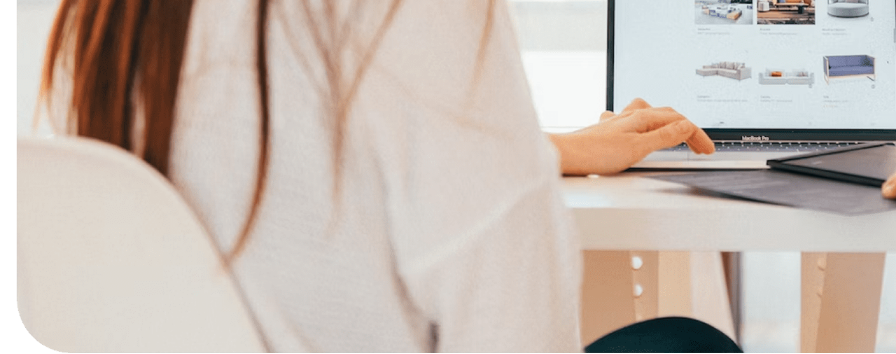
Repository: RAMADAN975/modern-agency-portfolio
Page: /
The author's editor kept a copy of each file at every save. The page is drawn from the files as they stood at one save, then again after the next save.
The browser window is 1280 px wide. The pictures show the part of the page from y = 838 to 2758 px (the page is 1343 px tall before and 2758 px after), at 70% of full size.
The project was rebuilt for these pictures with package versions that can differ from the ones it lists, and the page was loaded fresh each time. Also part of the build but not shown: vite.config.js.

Above is the page before, as saved 2026-03-23 21:10:17.

After the next save:
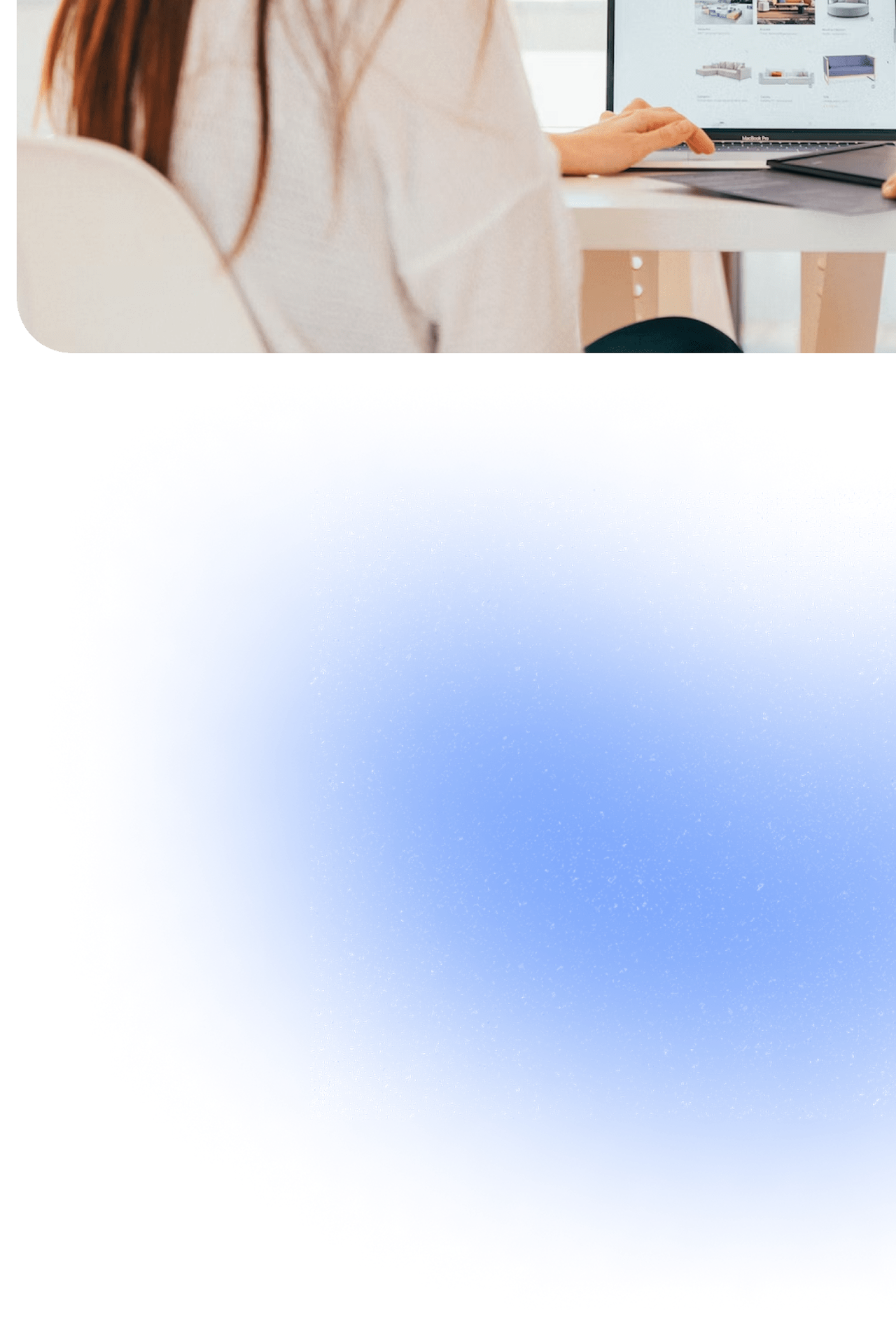
Saved 3 min 17 s later.
--- a/src/Components/Hero.jsx
+++ b/src/Components/Hero.jsx
@@ -16,6 +16,7 @@
 
             <div className='relative'>
                 <img src={assets.hero_img} alt="" className='w-full max-w-6xl' />
+                <img src={assets.bgImage1} alt="" className='absolute top-40 -right-40 sm:-top-100 sm:-right-70 -z-1 dark:hidden' />
             </div>
 
         </div>
